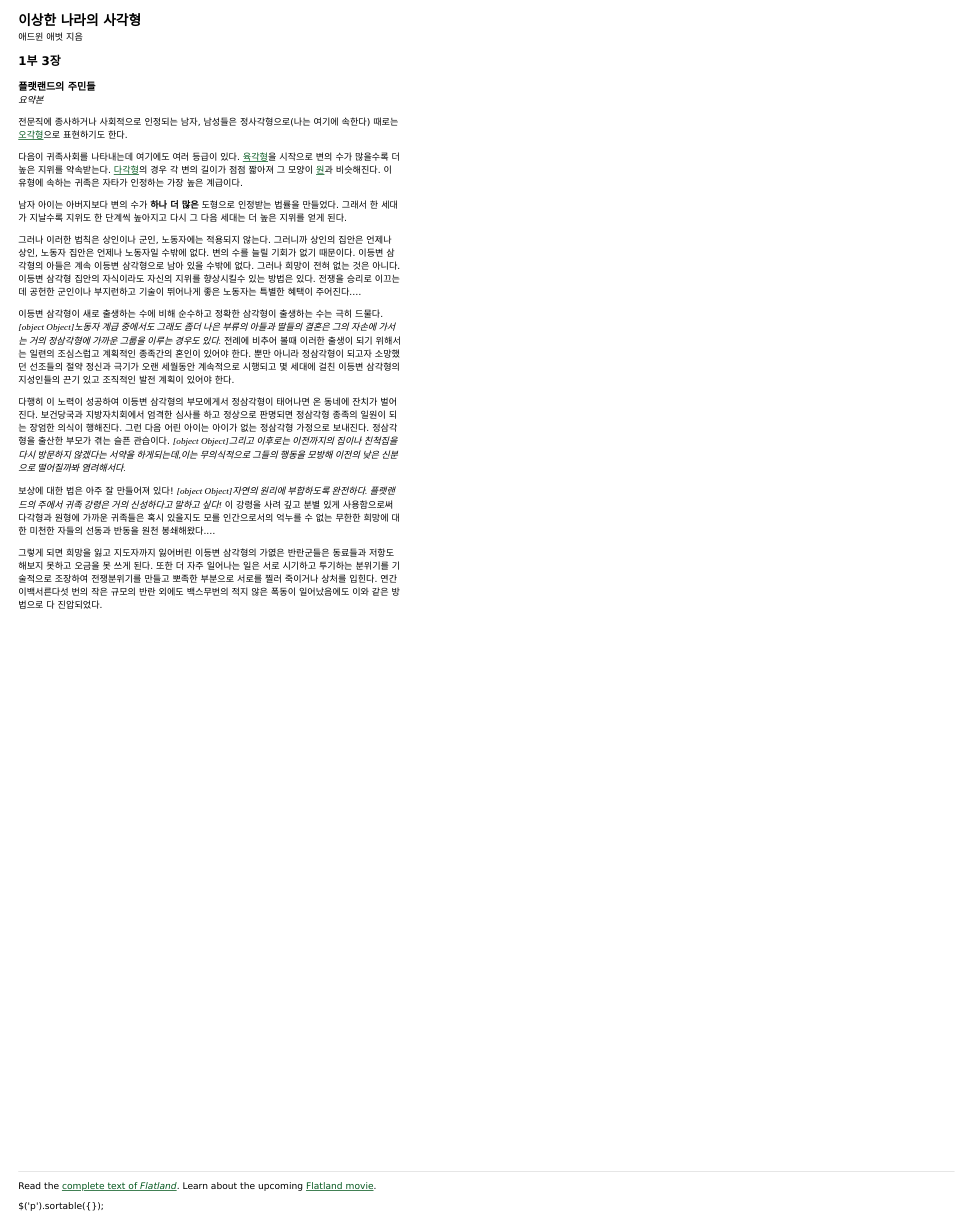
Repository: RyuJelly/211
Page: java_web/jQuery/WebContent/chap05/index.html
The author's editor kept a copy of each file at every save. The page is drawn from the files as they stood at one save, then again after the next save.
The browser window is 1280 px wide. The pictures show the whole page, at 76% of full size.

Above is the page before, as saved 2021-03-17 02:29:40.

### java_web/jQuery/WebContent/chap05/index.html
<!DOCTYPE html PUBLIC "-//W3C//DTD XHTML 1.0 Strict//EN"
    "http://www.w3.org/TR/xhtml1/DTD/xhtml1-strict.dtd">

<html xmlns="http://www.w3.org/1999/xhtml" xml:lang="en" lang="en">
<head>
  <meta http-equiv="Content-Type" content="text/html; charset=utf-8" />

  <title>DOM Manipulation</title>
<script src="jquery.js" type="text/javascript">
</script>
<script src="jquery-ui.min.js" type="text/javascript"></script>
  <link rel="stylesheet" href="flatland.css" type="text/css" media="screen" />
<script type="text/javascript" src="flatland.js">
</script>
  <link rel="stylesheet" href="flatland.css" type="text/css" media="screen" />

</head>

<body>
  <div id="container">

<!-- Begin example  -->

<h1 id="f-title">이상한 나라의 사각형</h1>
<div id="f-author">애드윈 애벗 지음</div>
<h2>1부 3장</h2>
<h3 id="f-subtitle">플랫랜드의 주민들</h3>
<div id="excerpt">요약본</div>

<div class="chapter">
  <p class="square">전문직에 종사하거나 사회적으로 인정되는 남자, 남성들은 정사각형으로(나는 여기에 속한다) 때로는 <a href="http://en.wikipedia.org/wiki/pentagon">오각형</a>으로 표현하기도 한다.</p>


  <p class="nobility hexagon">다음이 귀족사회를 나타내는데 여기에도 여러 등급이 있다. <a href="http://en.wikipedia.org/wiki/hexagon">육각형</a>을 시작으로 변의 수가 많을수록 더 높은 지위를 약속받는다. <a href="http://en.wikipedia.org/wiki/polygon">다각형</a>의 경우 각 변의 길이가 점점 짧아져 그 모양이 <a href="http://en.wikipedia.org/wiki/circle">원</a>과 비슷해진다. 이 유형에 속하는 귀족은 자타가 인정하는 가장 높은 계급이다.</p>

  <p><span class="pull-quote">남자 아이는 <span class="drop">아버지보다</span> 변의 수가 <strong>하나 더 많은</strong> 도형으로 인정받는 법률을 만들었다.</span> 그래서 한 세대가 지날수록 지위도 한 단계씩 높아지고 다시 그 다음 세대는 더 높은 지위를 얻게 된다.</p>

  <p>그러나 이러한 법칙은 상인이나 군인, 노동자에는 적용되지 않는다. 그러니까 상인의 집안은 언제나 상인, 노동자 집안은 언제나 노동자일 수밖에 없다. 변의 수를 늘릴 기회가 없기 때문이다. 이등변 삼각형의 아들은 계속 이등변 삼각형으로 남아 있을 수밖에 없다. 그러나 희망이 전혀 없는 것은 아니다. 이등변 삼각형 집안의 자식이라도 자신의 지위를 향상시킬수 있는 방법은 있다. 전쟁을 승리로 이끄는데 공헌한 군인이나 부지런하고 기술이 뛰어나게 좋은 노동자는 특별한 혜택이 주어진다.…</p>


  <p>이등변 삼각형이 새로 출생하는 수에 비해 순수하고 정확한 삼각형이 출생하는 수는 극히 드물다.<span class="footnote">노동자 계급 중에서도 그래도 좀더 나은 부류의 아들과 딸들의 결혼은 그의 자손에 가서는 거의 정삼각형에 가까운 그룹을 이루는 경우도 있다.</span> 전례에 비추어 볼때 이러한 출생이 되기 위해서는 일련의 조심스럽고 계획적인 종족간의 혼인이 있어야 한다. 뿐만 아니라 정삼각형이 되고자 소망했던 선조들의 절약 정신과 극기가 오랜 세월동안 계속적으로 시행되고 몇 세대에 걸친 이등변 삼각형의 지성인들의 끈기 있고
조직적인 발전 계획이 있어야 한다.</p>

  <p><span class="pull-quote">다행히 이 노력이 성공하여 이등변 삼각형의 부모에게서 정삼각형이 태어나면 온 동네에 <span class="drop">잔치가 벌어진다</span>.</span> 보건당국과 지방자치회에서 엄격한 심사를 하고 정상으로 판명되면 정삼각형 종족의 일원이 되는 장엄한 의식이 행해진다. 그런 다음 어린 아이는 아이가 없는 정삼각형 가정으로 보내진다. 정삼각형을 출산한 부모가 겪는 슬픈 관습이다. <span class="footnote">그리고 이후로는 이전까지의 집이나 친척집을 다시 방문하지 않겠다는 서약을 하게되는데,이는 무의식적으로 그들의
행동을 모방해 이전의 낮은 신분으로 떨어질까봐 염려해서다.</span></p>

  <p>보상에 대한 법은 아주 잘 만들어져 있다! <span class="footnote">자연의 원리에 부합하도록 완전하다. 플랫랜드의 주에서 귀족 강령은 거의 신성하다고 말하고 싶다!</span> 이 강령을 사려 깊고 분별 있게 사용함으로써 다각형과 원형에 가까운 귀족들은 혹시 있을지도 모를 인간으로서의 억누를 수 없는 무한한 희망에 대한 미천한 자들의 선동과 반동을 원천 봉쇄해왔다.…</p>

  <p>그렇게 되면 희망을 잃고 지도자까지 잃어버린 이등변 삼각형의 가엾은 반란군들은 동료들과 저항도 해보지 못하고 오금을 못 쓰게 된다. 또한 더 자주 일어나는 일은 서로 시기하고 투기하는 분위기를 기술적으로 조장하여 전쟁분위기를 만들고 뽀족한 부분으로 서로를 찔러 죽이거나 상처를 입힌다. 연간 이백서른다섯 번의 작은 규모의 반란 외에도 백스무번의 적지 않은 폭동이 일어났음에도 이와 같은 방법으로 다 진압되었다.</p>
</div>
<br/><br/><br/><br/><br/><br/><br/><br/><br/><br/><br/><br/><br/><br/><br/><br/><br/>
<br/><br/><br/><br/><br/><br/><br/><br/><br/><br/><br/><br/><br/><br/><br/><br/><br/>
<br/><br/><br/><br/><br/><br/><br/><br/><br/><br/><br/><br/><br/><br/><br/><br/><br/>
<div id="footer">
  <p>Read the <a href="http://web.archive.org/web/20050208012252/http://www.ibiblio.org/eldritch/eaa/FL.HTM">complete text of <i>Flatland</i></a>. Learn about the upcoming <a href="http://www.flatlandthemovie.com/">Flatland movie</a>.</p>
</div>
$('p').sortable({});

  </div>
</body>
</html>

### java_web/jQuery/WebContent/chap05/flatland.css
/***************************************
   =default styles
************************************** */

html, body {
  margin: 0;
  padding: 0;
}

body {
  font: 62.5% Verdana, Helvetica, Arial, sans-serif;
  color: #000;
  background: #fff;
}
#container {
  font-size: 1.2em;
  margin: 10px 2em;
}

h1 {
  font-size: 2.5em;
  margin-bottom: 0;
}

h2 {
  font-size: 1.3em;
  margin-bottom: .5em;
}
h3 {
  font-size: 1.1em;
  margin-bottom: 0;
}

code {
  font-size: 1.2em;
}

a {
  color: #06581f;
}
/***************************************
=Aslett Clearing Method for floats
************************************** */
.clear-after:after {
  content: ".";
  display: block;
  height: 0;
  clear: both;
  visibility: hidden;
  }
.clear-after {display: inline-block;}
/* backslash hack hides from IE Mac \*/
	* html .clear-after {height: 1%;}
	.clear-after {display: block;}
/* end backslash hack */

/***************************************
   =Chapter 5 styles
************************************** */

.chapter {
  width: 42em;
}
#f-title {
  font-size: 1.5em;
}
#excerpt {
  font-style: italic;
}

/* -----------------------------------
   =FOOTNOTES
-------------------------------------- */

span.footnote {
  font-style: italic;
  font-family: "Times New Roman", Times, serif;
  display: block;
  margin: 1em 0;
}

.chapter span.footnote {
  display: inline;
}
.text-reference {
  font-weight: bold;
}
#notes li {
 margin: 1em 0;
}

#notes {
  margin-top: 1em;
  border-top: 1px solid #dedede;
}
#footer {
  margin-top: 1em;
  border-top: 1px solid #dedede;
}

/* -----------------------------------
   =SIMPLE PULL-QUOTE
-------------------------------------- */
/*
.pulled {
  background: #e5e5e5;
  position: absolute;
  width: 145px;
  top: -20px;
  right: -180px;
  padding: 12px 5px 12px 10px;
  font: italic 1.4em "Times New Roman", Times, serif;
}
*/
/* -----------------------------------
   =PULL-QUOTE WITH ROUNDED CORNERS AND DROP SHADOWS
-------------------------------------- */


.pulled-wrapper {
  background: url(pq-top.jpg) no-repeat left top;
  position: absolute;
  width: 160px;
  right: -180px;
  padding-top: 18px;
}
.pulled {
  background: url(pq-bottom.jpg) no-repeat left bottom;
  position: relative;
  display: block;
  width: 140px;
  padding: 0 10px 24px 10px;
  font: italic 1.4em "Times New Roman", Times, serif;
}

### java_web/jQuery/WebContent/chap05/flatland.js
$(function(){
	$('<ol id=notes"></ol>').insertBefore($('#footer'));

	$('span.footnote').each(function(){
		var text = "<a>" + "</a>";
		this.prepend($(text));
	});
})

Loaded but not shown: java_web/jQuery/WebContent/chap05/jquery.js (library); java_web/jQuery/WebContent/chap05/jquery-ui.min.js (library)

After the next save:
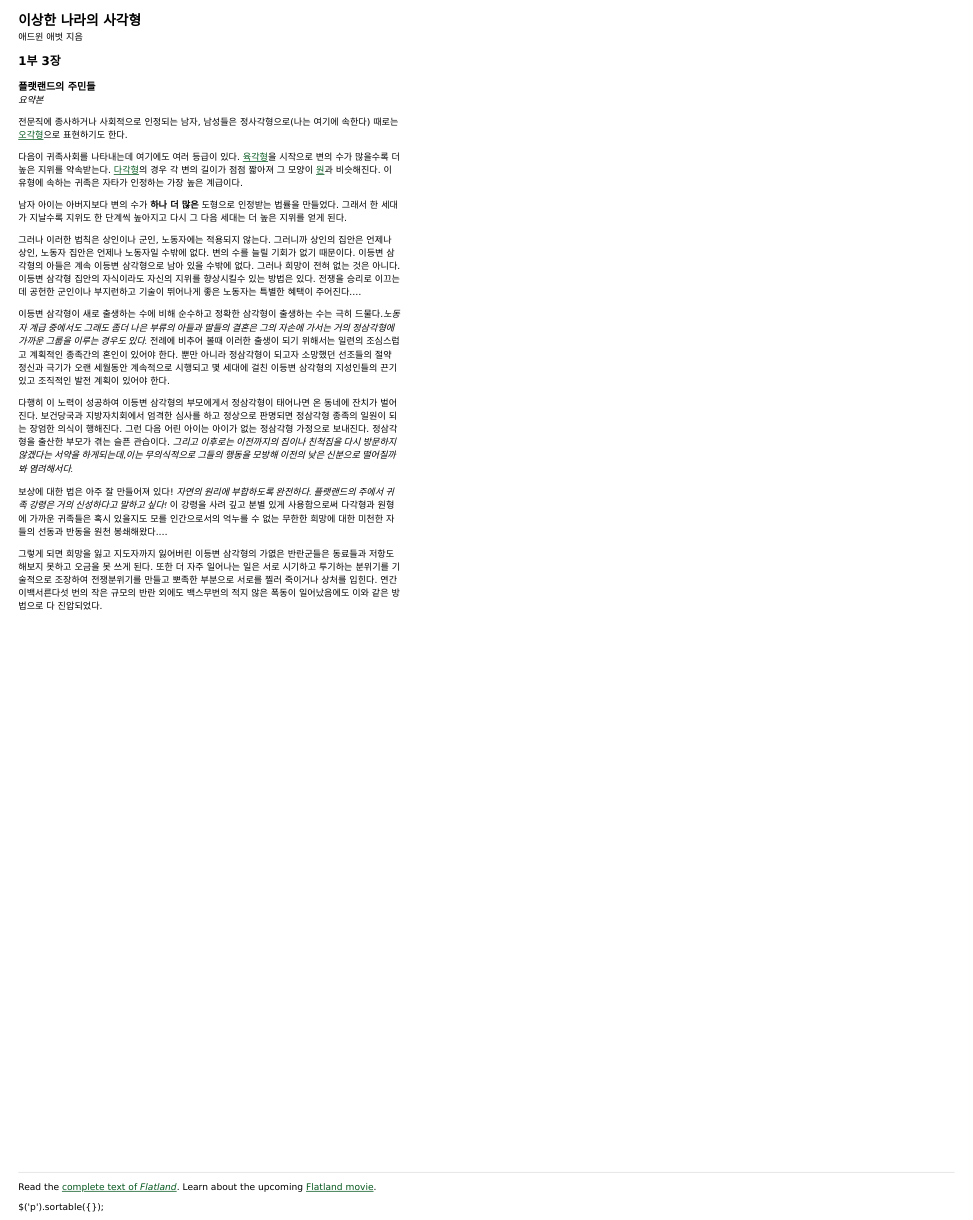
Console error (its wording comes from the project's code and is left out).
Saved 27 s later.
--- a/java_web/jQuery/WebContent/chap05/flatland.js
+++ b/java_web/jQuery/WebContent/chap05/flatland.js
@@ -3,6 +3,6 @@
 
 	$('span.footnote').each(function(){
 		var text = "<a>" + "</a>";
-		this.prepend($(text));
+		this.insertBefore($(text));
 	});
 })

After the 3 saves that followed:
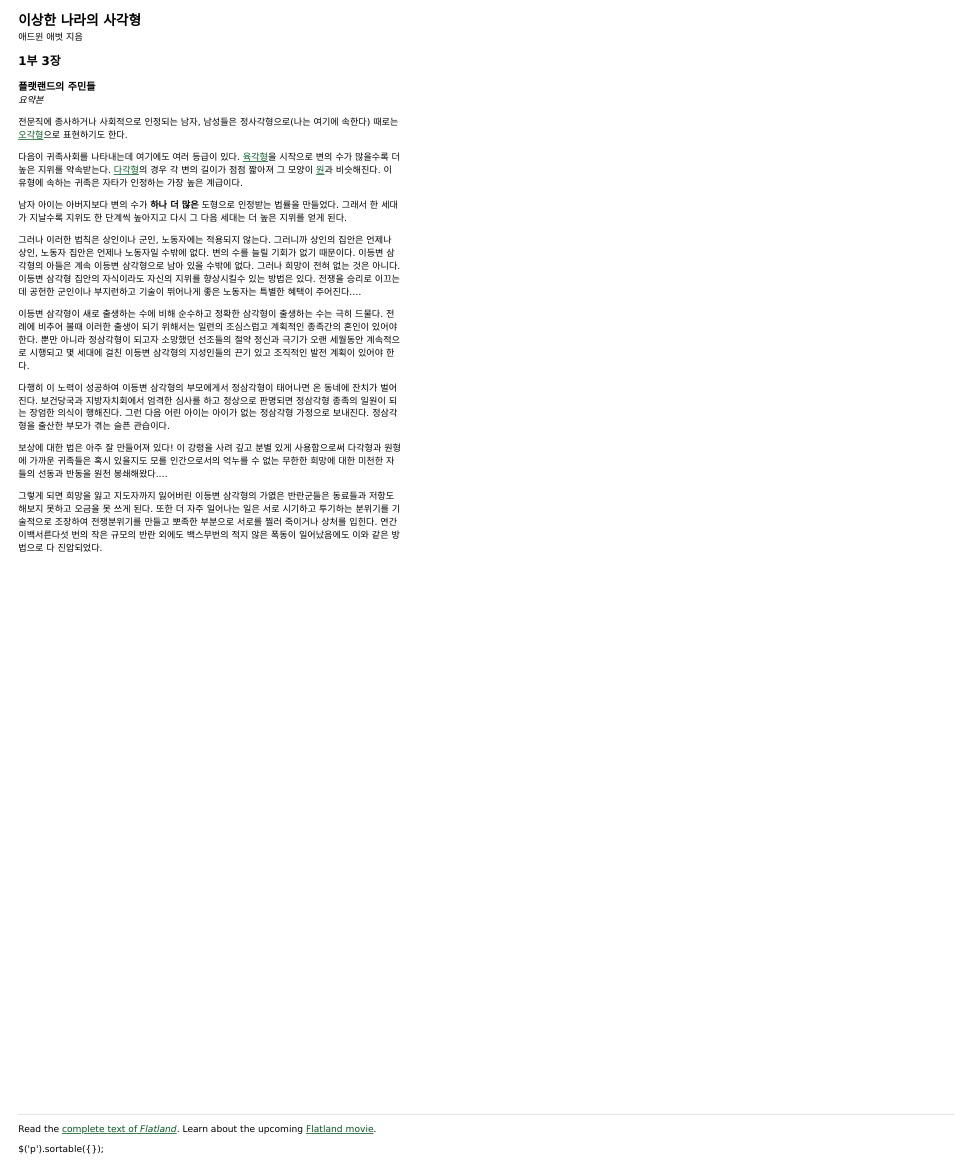
The error is gone.
The 3 saves are shown as one change because 2 left the picture as it was.
The last was saved 2 min 1 s later.
--- a/java_web/jQuery/WebContent/chap05/flatland.js
+++ b/java_web/jQuery/WebContent/chap05/flatland.js
@@ -3,6 +3,6 @@
 
 	$('span.footnote').each(function(){
 		var text = "<a>" + "</a>";
-		this.insertBefore($(text));
+		$('span.footnote').insertBefore($('<a>aaa</a>'));
 	});
 })
